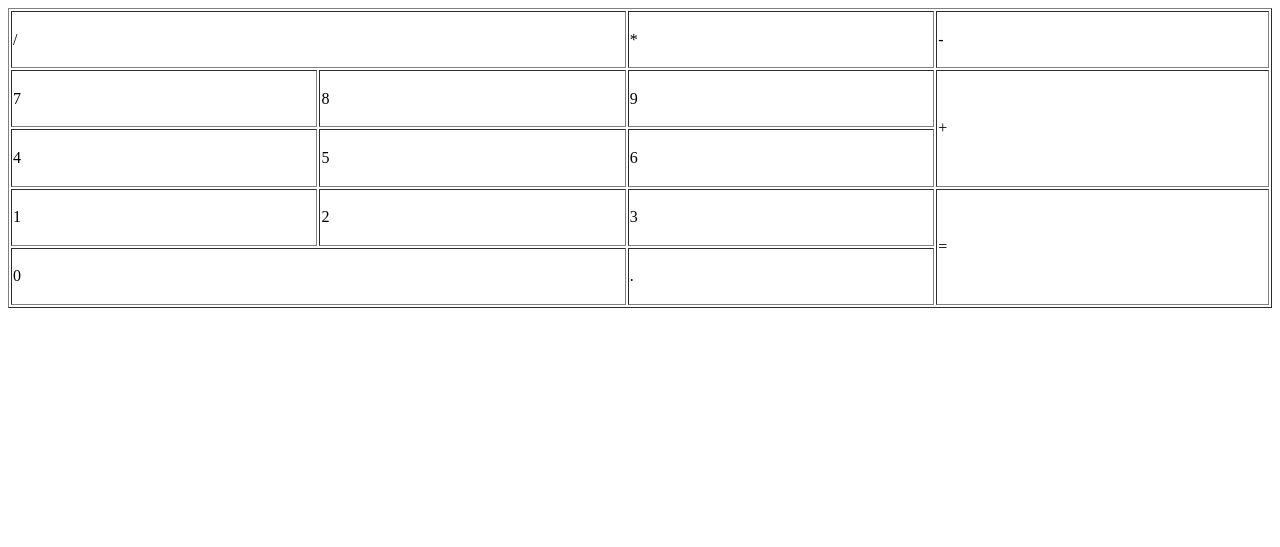
Repository: BaekJiGyeong/JSP
Page: http://localhost/AB_WebCalc/
The author's editor kept a copy of each file at every save. The page is drawn from the files as they stood at one save, then again after the next save.
The browser window is 1280 px wide. The pictures show the whole page.
The page is served by Tomcat 9. Other server files are loaded and not shown.

Above is the page before, as saved 2016-02-02 02:07:16.

### AB_WebCalc/WebContent/index.jsp
<%@ page language="java" contentType="text/html; charset=UTF-8"
    pageEncoding="UTF-8"%>
<!DOCTYPE html>
<html>
<head>
<meta http-equiv="Content-Type" content="text/html; charset=UTF-8">
<title>Insert title here</title>
</head>
<body>
	<table border ="1" width="100%" height="300">
		<tr>
			<td colspan="2">/</td>
			<td>*</td>
			<td>-</td>
		</tr>
		<tr>
			<td>7</td>
			<td>8</td>
			<td>9</td>
			<td rowspan="2">+</td>
		</tr>
		<tr>
			<td>4</td>
			<td>5</td>
			<td>6</td>
		</tr>
		<tr>
			<td>1</td>
			<td>2</td>
			<td>3</td>
			<td rowspan="2">=</td>
		</tr>
		<tr>
			<td colspan="2">0</td>
			<td>.</td>
		</tr>
	</table>
</body>
</html>

After the next save:
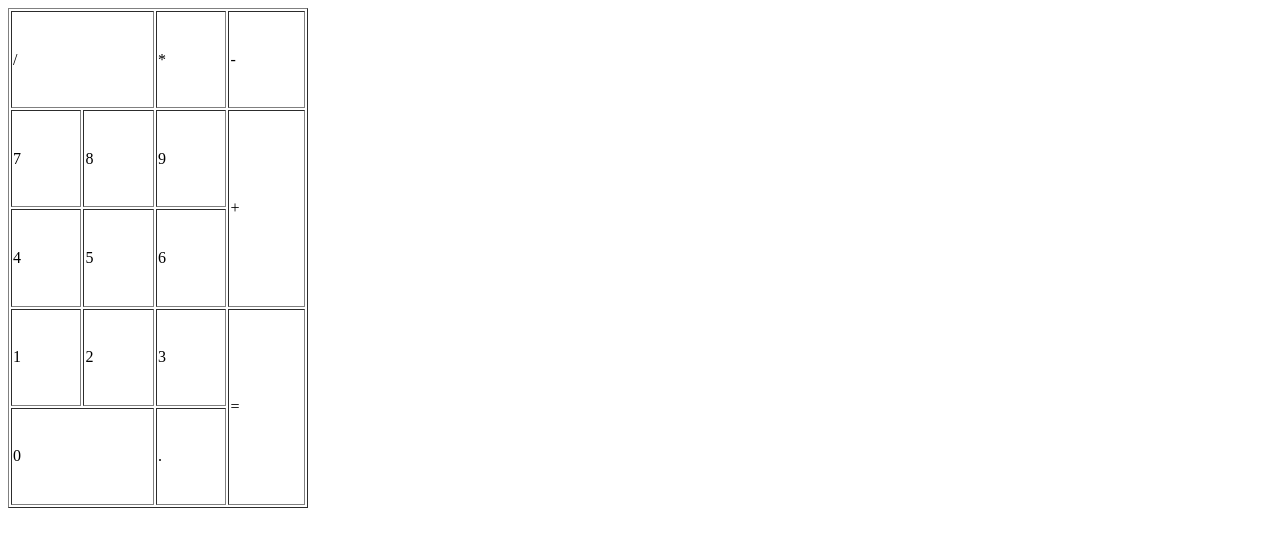
Saved 2 min 12 s later.
--- a/AB_WebCalc/WebContent/index.jsp
+++ b/AB_WebCalc/WebContent/index.jsp
@@ -7,7 +7,7 @@
 <title>Insert title here</title>
 </head>
 <body>
-	<table border ="1" width="100%" height="300">
+	<table border ="1" width="300" height="500">
 		<tr>
 			<td colspan="2">/</td>
 			<td>*</td>
